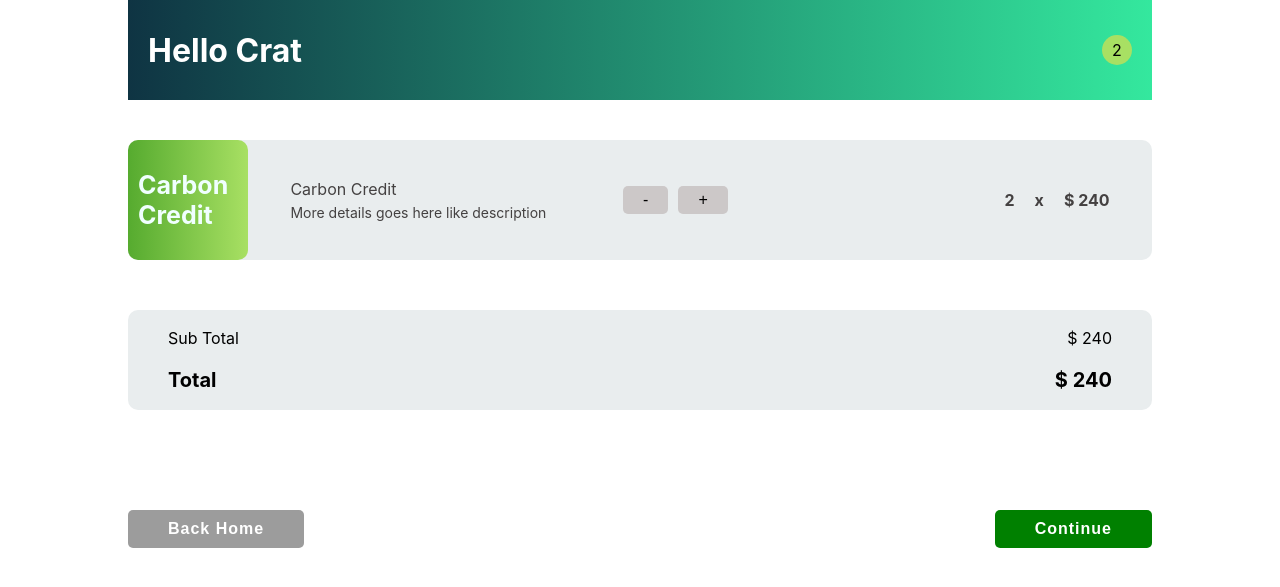
Repository: Yowani24/CarbonApp
Page: /cart
These files come from the project's save history. The page is drawn as it stood at one moment and after the next save; the edit follows.
The browser window is 1280 px wide. The pictures show the whole page.
The project was rebuilt for these pictures with package versions that can differ from the ones it lists, and the page was loaded fresh each time. The framework's server and built-in components were replaced by stand-ins that run in the browser. Also part of the build but not shown: next.config.js.

Above is the page before, as saved 2021-09-27 12:08:39.

### pages/_app.js
import { useState } from 'react';
import '../styles/globals.css'
import { CreditProvider } from './products/CreditList'

function MyApp({ Component, pageProps }) {
  return (
    <CreditProvider>
      <Component {...pageProps} />
    </CreditProvider>
  );
}

export default MyApp

### pages/cart/index.js
import React from 'react';
import Head from 'next/head'

import styles from './Cart.module.css'
import Link from 'next/link'

import { CreditList } from '../products/CreditList'
import { useContext } from 'react'

export default function Cart(props) {
    const {cartt} = useContext(CreditList);
    const cartItems = cartt;
    return (
        <>
          <Head>
              <title>Cart</title>
          </Head>
          <header>
              <div className={styles.interface}>
                    <div className={styles.header_content}>
                        <h1>{cartItems}</h1>
                        <p>2</p>
                    </div>
              </div>
          </header>

          <section>
              <div className={styles.interface}>
                  <div className={styles.boxes}>
                      <div className={styles.content_box}>
                          <div className={styles.box}>
                              <h3>Carbon Credit</h3>
                          </div>

                          <div className={styles.product_details}>
                            <div className={styles.description}>
                                <p>Carbon Credit</p>
                                <p>More details goes here like description</p>
                            </div>

                            <div className={styles.details_wrapper}>
                                <div className={styles.quantity_controls}>
                                    <button>-</button>
                                    <button>+</button>
                                </div>

                                <div className={styles.current_money}>
                                    <p>2</p>
                                    <span>x</span>
                                    <p>$ 240</p>
                                </div>
                            </div>
                          </div>
                      </div>
                  </div>

                  <div className={styles.total_to_pay_box}>
                      <span>
                          <p>Sub Total</p>
                          <p>$ 240</p>
                      </span>
                      <span>
                          <p>Total</p>
                          <p>$ 240</p>
                      </span>
                  </div>

                  <div className={styles.button_box}>
                      <Link href="/"><button>Back Home</button></Link>
                      <Link href="/payment"><button>Continue</button></Link>
                  </div>
              </div>
          </section>
        </>
    )
}

### styles/globals.css
html,
body {
  padding: 0;
  margin: 0;
  font-family: -apple-system, BlinkMacSystemFont, Segoe UI, Roboto, Oxygen,
    Ubuntu, Cantarell, Fira Sans, Droid Sans, Helvetica Neue, sans-serif;
}

a {
  color: inherit;
  text-decoration: none;
}

* {
  margin: 0;
  box-sizing: border-box;
}

### pages/products/CreditList.js
import React, { useState, createContext } from 'react';

export const CreditList = createContext();

export const CreditProvider = (props) => {
    const [credit, setCredit] = useState([
        {
            id: 1,
            product: 'Carbon Credit',
            price: 120,
            description: 'More details goes here like description'
        },
        {
            id: 2,
            product: 'Carbon Credit',
            price: 120,
            description: 'More details about the product'
        },
        {
            id: 3,
            product: 'Carbon Credit',
            price: 120,
            description: 'More details for the item'
        },
        {
            id: 4,
            product: 'Carbon Credit',
            price: 120,
            description: 'More details to provide about carb cred'
        }

    ]);

    const [cartItems, setCartItems] = useState("Hello Crat");

    return (
        <CreditList.Provider value={{credits:[credit, setCredit], cartt:cartItems }}>
            {props.children}
        </CreditList.Provider>
    );
}

### pages/cart/Cart.module.css
.interface{
    width: 80%;
    margin: 0 auto;
}

@media (max-width: 780px){
    .interface{
        width: 100%;
    }
}

/* =================HEADER================ */

.header_content{
    display: flex;
    justify-content: space-between;
    align-items: center;
    height: 100px;
    padding: 0 20px;

    background: #34e89e;
    background: -webkit-linear-gradient(to right, #0f3443, #34e89e);
    background: linear-gradient(to right, #0f3443, #34e89e);
}
.header_content h1{
    color: #FFFFFF;
}
.header_content p{
    display: flex;
    justify-content: center;
    align-items:center;
    width: 30px;
    height: 30px;
    border-radius: 100%;
    background: #a8e063;
}

@media (max-width:415px){
    .header_content{
        height: 80px;
    }
}

/* ============================== */
.boxes{
    margin-top: 40px;
}
.content_box{
    width: 100%;
    height: 120px;
    background:rgb(233, 237, 238);
    border-radius: 10px;

    display: flex;
    align-items:center;
}
.box{
    width: 120px;
    height: 100%;
    border-radius: 10px;

    background: #00467F;
    background: -webkit-linear-gradient(to right, #56ab2f , #a8e063);
    background: linear-gradient(to right, #56ab2f , #a8e063);


    display: flex;
    justify-content: center;
    align-items: center;
}
.box h3{
    font-size: 25px;
    width: 100px;
    color: azure;
}
.product_details{
    display: flex;
    justify-content: space-between;
    align-items: center;
    width: 80%;
    margin: 0 auto;
    color: hsl(0, 2%, 26%);
}
.description p:nth-child(2){
    margin-top: 5px;
    font-size: 14px;
}
.details_wrapper{
    width: 60%;

    display: flex;
    align-items: center;
    justify-content: space-between;
}
.quantity_controls button{
    border: none;
    padding: 5px 20px;
    margin: 0 5px;
    border-radius: 5px;
    font-size: 16px;
    background: rgb(204, 200, 200);
    cursor: pointer;
}
.quantity_controls button:active{
    background: rgb(148, 146, 146);
}
.current_money{
    display: flex;
    font-size: 16px;
    font-weight: bold;
}
.current_money span{
    padding: 0 20px;
}

@media (max-width: 780px){
    .content_box{
        height: 120px;
        width: 90%;
        margin: 0 auto;
    }
    .details_wrapper{
        width: 50%;
        margin: 0 auto;
        margin-top: 10px;
    }
}
@media (max-width: 415px){
    .content_box{
        height: 80px;
    }
    .box{
        width: 80px;
    }
    .box h3{
        font-size: 16px;
        width: 60px;
        color: azure;
    }

    .product_details{
        justify-content: center;
        flex-direction: column;
        width: 60%;
    }
    .description{
        width: 100%;
    }
    .description p:first-child{
        font-size: 14px;
    }
    .description p:nth-child(2){
        margin-top: 2px;
        font-size: 9px;
    }
    .details_wrapper{
        width: 100%;
        margin-top: 10px;
    }
    .quantity_controls button{
        padding: 5px 10px;
    }
    .current_money span{
        padding: 0 5px;
    }
}


/* ==================================== */

.total_to_pay_box{
    width: 100%;
    height: 100px;
    background:rgb(233, 237, 238);
    border-radius: 10px;

    display: flex;
    flex-direction: column;
    justify-content: center;
    margin-top: 50px;
    padding: 0 40px;
}

.total_to_pay_box span{
    display: flex;
    justify-content: space-between;
    margin: 10px 0;
}
.total_to_pay_box span:nth-child(2){
    font-weight: bold;
    font-size: 20px;
}

@media (max-width: 780px){
    .total_to_pay_box{
        height: 100px;
        width: 90%;
        margin: 0 auto;
        margin-top: 50px;
    }
}

@media (max-width: 460px){
    .total_to_pay_box{
        height: 80px;
    }
    .total_to_pay_box span{
        margin: 5px 0;
    }
    .total_to_pay_box span:first-child{
        font-size: 14px;
    }
    .total_to_pay_box span:nth-child(2){
        font-size: 16px;
    }
}



/* ===================================== */


.button_box{
    display: flex;
    justify-content: space-between;
    margin-top: 100px;
}
.button_box button:first-child{
    background: rgb(156, 156, 156);
}
.button_box button:first-child:hover{
    background: rgb(122, 120, 120);
}
.button_box button:first-child:active{
    background: rgb(187, 184, 184);
}
.button_box button{
    border: none;
    background: green;
    padding: 10px 40px;
    font-size: 16px;
    color: #FFFFFF;
    letter-spacing: 1px;
    border-radius: 5px;
    cursor: pointer;
    transition: .1s;
    font-weight: bold;
}
.button_box button:nth-child(2):hover{
    background: rgb(1, 92, 1);
}
.button_box button:nth-child(2):active{
    background: rgb(13, 131, 13);
}

@media (max-width: 780px){
    .button_box{
        width: 90%;
        margin: 0 auto;
        margin-top: 40px;
    }
    .button_box button{
        padding: 16px 50px;
        font-size: 16px;
    }
}

@media (max-width: 460px){
    .button_box button{
        padding: 10px 25px;
        font-size: 14px;
    }
}

After the next save:
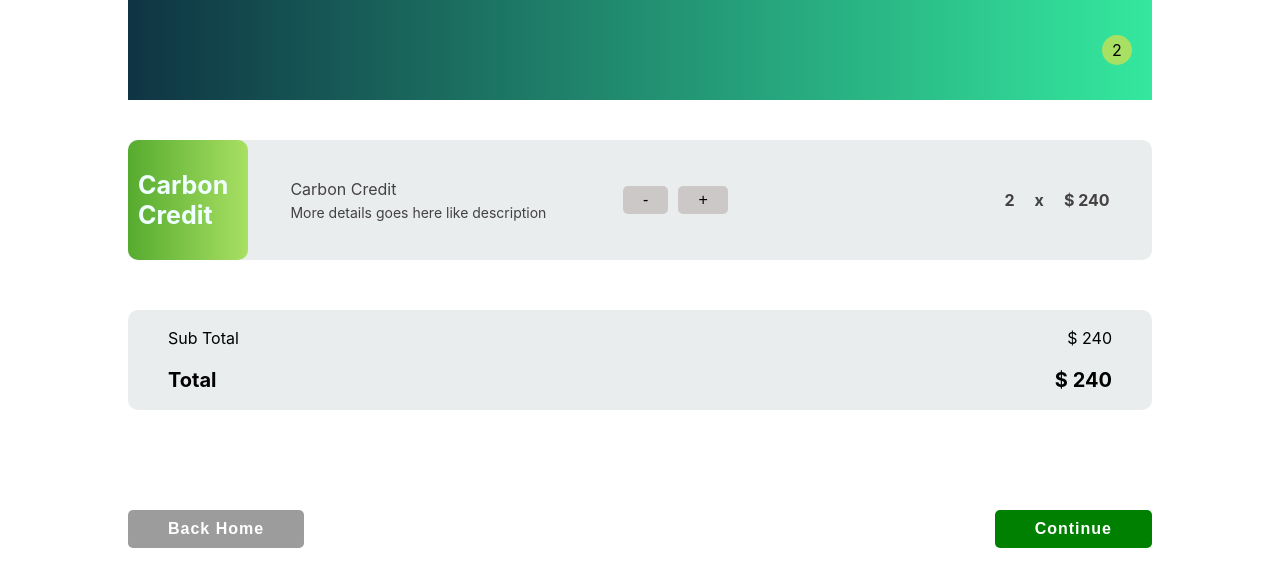
Saved 2 s later.
--- a/pages/products/CreditList.js
+++ b/pages/products/CreditList.js
@@ -31,10 +31,10 @@ export const CreditProvider = (props) => {
 
     ]);
 
-    const [cartItems, setCartItems] = useState("Hello Crat");
+    const [cartItems, setCartItems] = useState([]);
 
     return (
-        <CreditList.Provider value={{credits:[credit, setCredit], cartt:cartItems }}>
+        <CreditList.Provider value={{credit:[credit, setCredit], cartItems:[cartItems, setCartItems] }}>
             {props.children}
         </CreditList.Provider>
     );
